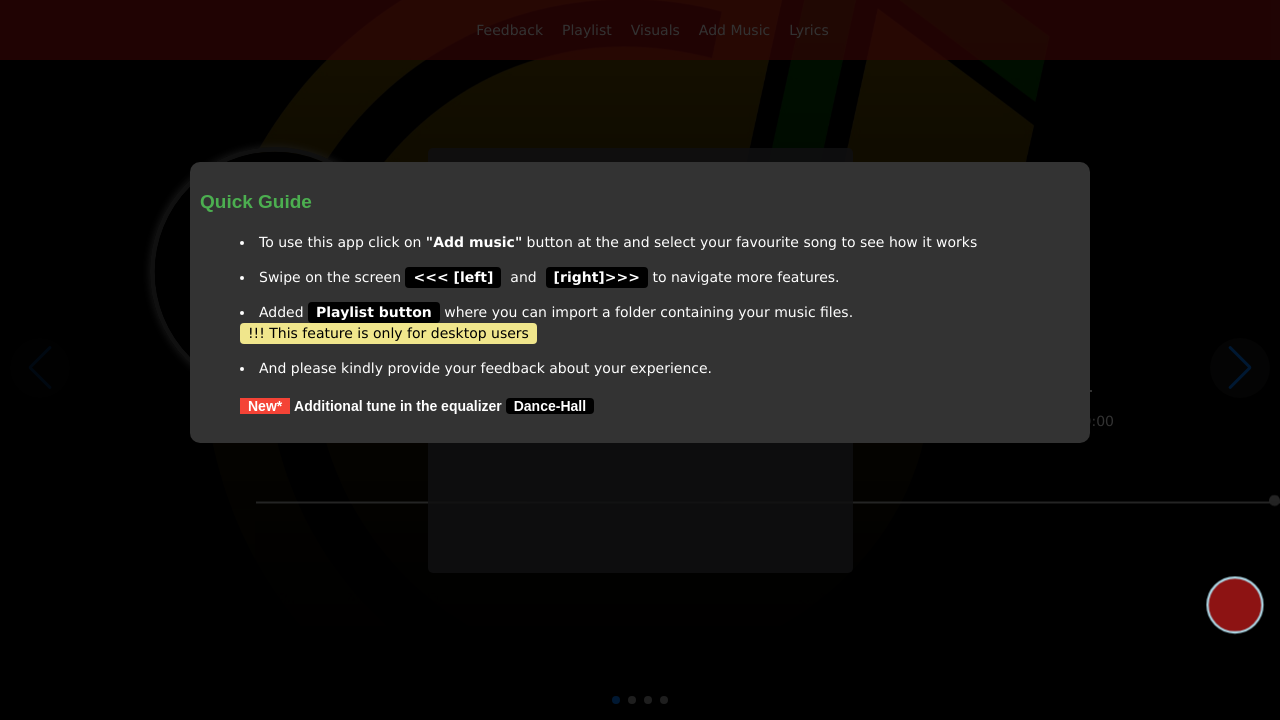
Repository: Mugamba669/JS-MusicFx
Page: Eq.html
An editor plug-in stored every save of this project. The page is shown before and after the next save, followed by the edit.
The browser window is 1280 px wide. The pictures show the whole page.
Some icons come from a web library that is not loaded, so they are not drawn.

Above is the page before, as saved 2021-07-27 20:20:32.

After the next save:
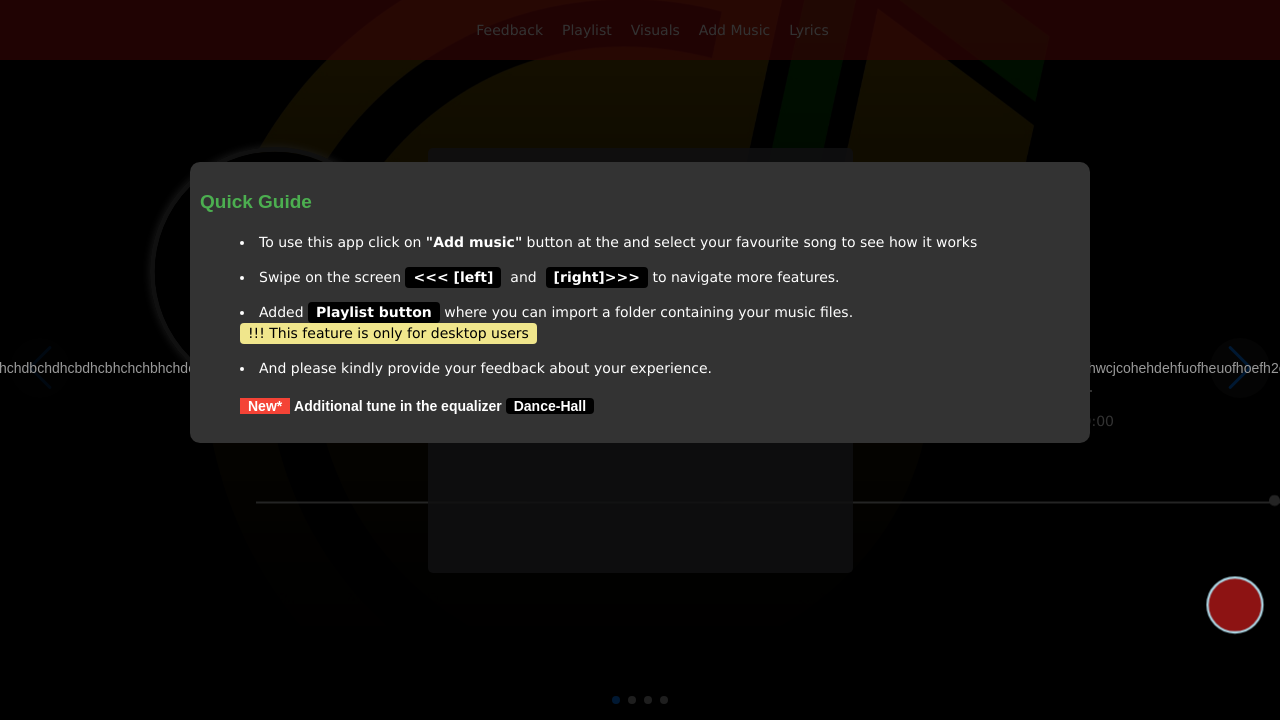
Saved 23 s later.
--- a/Eq.html
+++ b/Eq.html
@@ -40,7 +40,7 @@
 <!-- lyrics -->
 <div class="lyrics-container">
     <div class="lyrics-wrapper">
-        <p class="lyrics">No lyrics found</p>
+        <p class="lyrics">No lyrics found chcbdhcbhchdbchdhcbdhcbhchchbhchdcbhdchdbchdbchdbhcdhcdhcbhdcbhdcbhdcbhdcbhdcbdhcbdhcbdhchdchdcbhdcbhdcbhdcbhdchdchdchdchdchchdchhcdhcbdhcbhdcbhdchdchdchwcjcohehdehfuofheuofhoefh2efo2ehfuo</p>
     </div>
 </div>
 <!-- playlist -->
